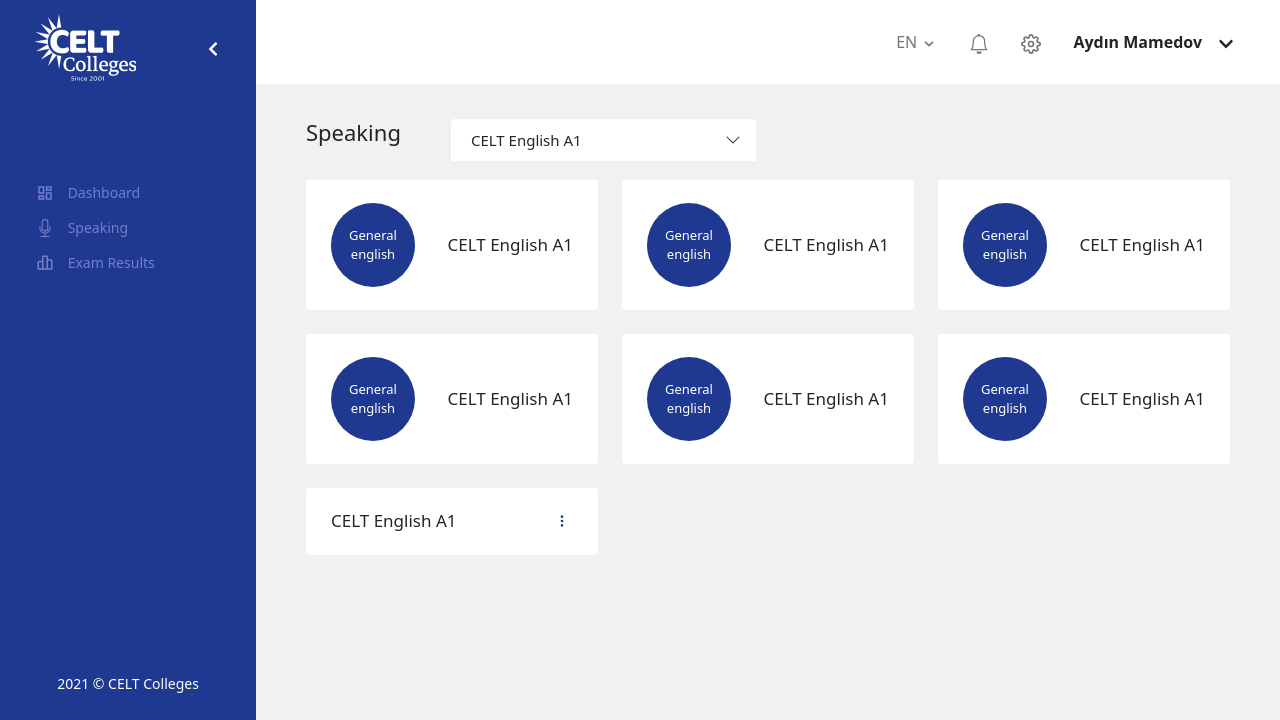
Repository: aydinws/celtapp
Page: /speaking
An editor plug-in stored every save of this project. The page is shown before and after the next save, followed by the edit.
The browser window is 1280 px wide. The pictures show the whole page.
The project was rebuilt for these pictures with package versions that can differ from the ones it lists, and the page was loaded fresh each time. Also part of the build but not shown: src/pages/Dashboard/index.js, src/pages/ExamResults/index.scss, src/components/Table/index.scss, src/components/Pagination/index.scss, src/components/Pagination/index.js, src/components/Table/index.js, src/pages/ExamResults/index.js.

Above is the page before, as saved 2021-06-10 10:06:00.

After the next save:
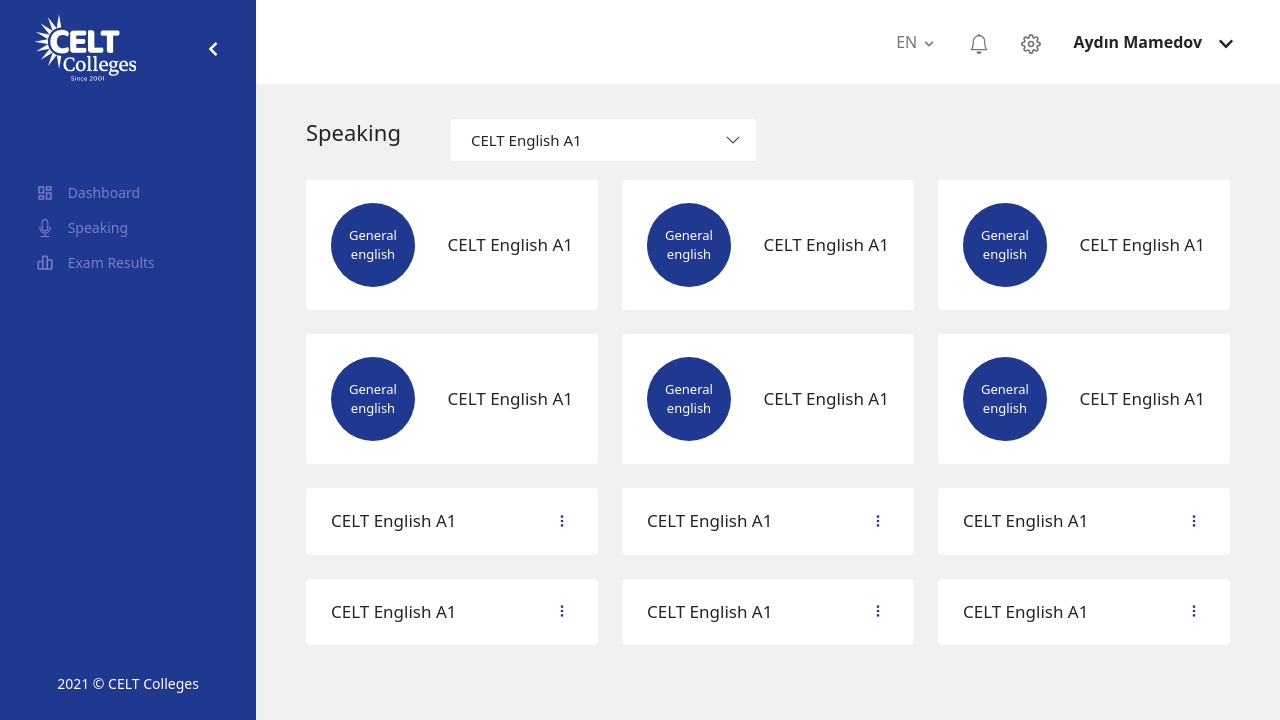
Saved 36 s later.
--- a/src/pages/Speakings/index.js
+++ b/src/pages/Speakings/index.js
@@ -89,6 +89,36 @@
                                     <BsThreeDotsVertical />
                                 </div>
                             </div>
+                            <div className="col-12 col-md-6 col-lg-4 mb-4">
+                                <div className="card card--speaking">
+                                    <h6>CELT English A1</h6>
+                                    <BsThreeDotsVertical />
+                                </div>
+                            </div>
+                            <div className="col-12 col-md-6 col-lg-4 mb-4">
+                                <div className="card card--speaking">
+                                    <h6>CELT English A1</h6>
+                                    <BsThreeDotsVertical />
+                                </div>
+                            </div>
+                            <div className="col-12 col-md-6 col-lg-4 mb-4">
+                                <div className="card card--speaking">
+                                    <h6>CELT English A1</h6>
+                                    <BsThreeDotsVertical />
+                                </div>
+                            </div>
+                            <div className="col-12 col-md-6 col-lg-4 mb-4">
+                                <div className="card card--speaking">
+                                    <h6>CELT English A1</h6>
+                                    <BsThreeDotsVertical />
+                                </div>
+                            </div>
+                            <div className="col-12 col-md-6 col-lg-4 mb-4">
+                                <div className="card card--speaking">
+                                    <h6>CELT English A1</h6>
+                                    <BsThreeDotsVertical />
+                                </div>
+                            </div>
                         </div>
                     </div>
                 </div>
